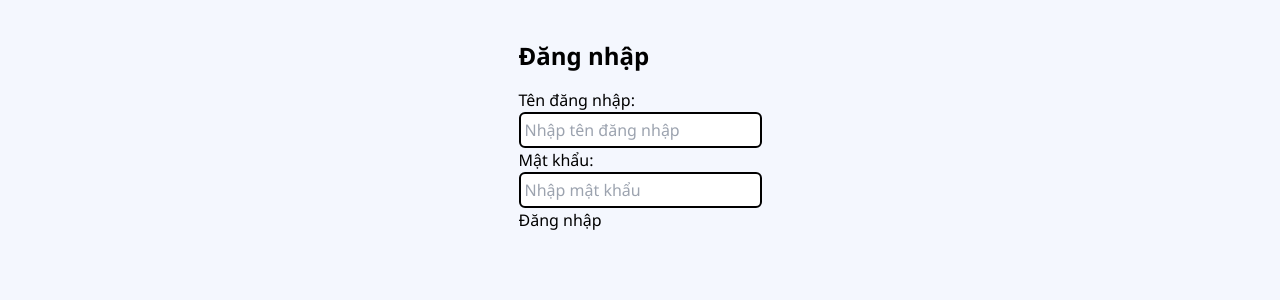
Repository: phuc258/BTVN03-REACT03
Page: /
An editor plug-in stored every save of this project. The page is shown before and after a run of saves, followed by the edit.
The browser window is 1280 px wide. The pictures show the whole page.
The project was rebuilt for these pictures with package versions that can differ from the ones it lists, and the page was loaded fresh each time. Also part of the build but not shown: vite.config.ts, src/pages/NotFoundPage.tsx, src/pages/TodoPage.tsx, src/routes/PrivateRoute.tsx.

Above is the page before, as saved 2026-01-18 23:43:46.

After the next 2 saves:
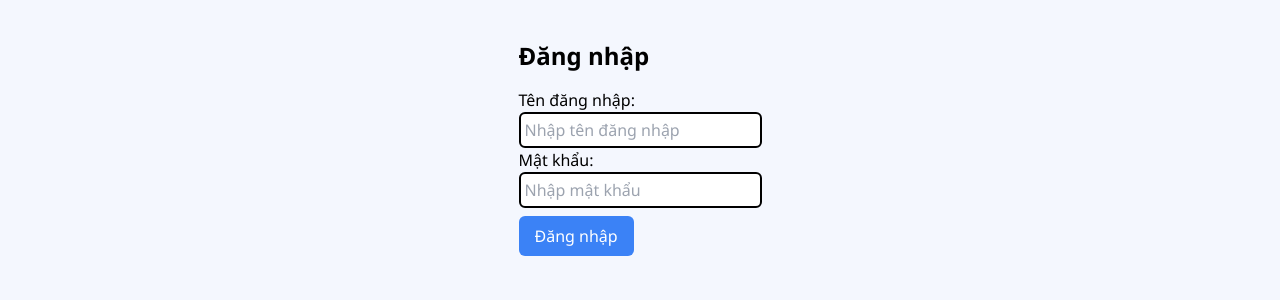
The 2 saves are shown as one change because they came seconds apart.
The last was saved 31 s later.
--- a/src/pages/LoginPage.tsx
+++ b/src/pages/LoginPage.tsx
@@ -43,7 +43,7 @@ const LoginPage: React.FC = () => {
                     />
                 </div>
                 {error && <p className="text-red-500">{error}</p>}
-                <button type="submit">Đăng nhập</button>
+                <button className="bg-blue-500 text-white rounded-md px-4 py-2 mt-2" type="submit">Đăng nhập</button>
             </form>
         </div>
     );
